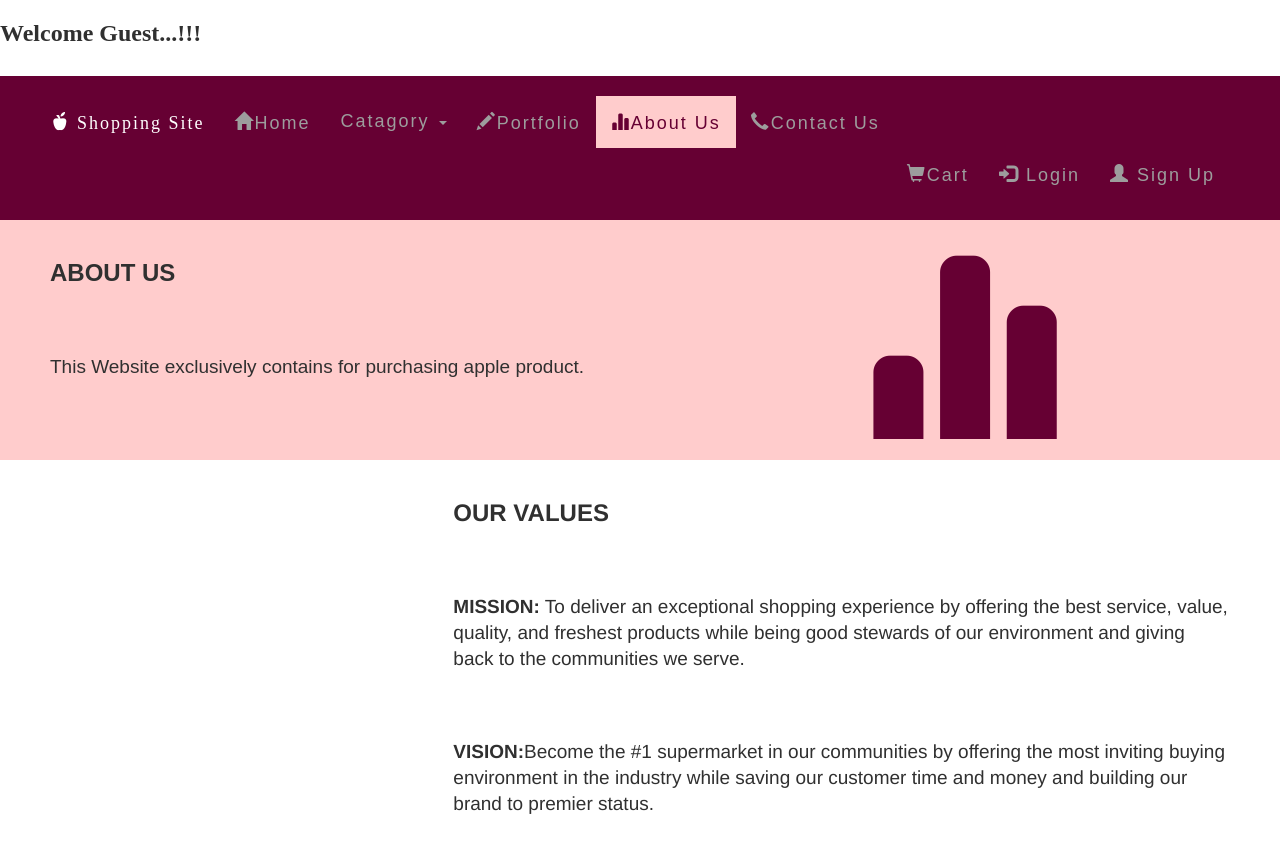
Repository: priyasuthakar/priya
Page: http://localhost/Apple/WEB-INF/views/about.jsp
The author's editor kept a copy of each file at every save. The page is drawn from the files as they stood at one save, then again after the next save.
The browser window is 1280 px wide. The pictures show the whole page.
The page is served by Tomcat 9. Nobody is signed in. Other server files are loaded and not shown. The template is opened directly, without the code that normally fills it, so the values that code supplies are empty.

Above is the page before, as saved 2016-08-22 07:30:48.

### Apple/src/main/webapp/WEB-INF/views/about.jsp
<%@ page language="java" contentType="text/html; charset=ISO-8859-1"
	pageEncoding="ISO-8859-1"%>
<%@ taglib uri="http://java.sun.com/jsp/jstl/core" prefix="c"%>
<%@ taglib uri="http://www.springframework.org/tags" prefix="spring"%>
<%@ taglib uri="http://www.springframework.org/tags/form" prefix="form"%>
<%@ page session="false"%>
<%@page isELIgnored="false"%>
<%@include file="Header.jsp"%>
<!DOCTYPE html>
<html lang="en">
<head>
<title>My Shopping</title>
<meta charset="utf-8">
<meta name="viewport" content="width=device-width, initial-scale=1">
<link rel="stylesheet"
	href="http://maxcdn.bootstrapcdn.com/bootstrap/3.3.6/css/bootstrap.min.css">
<!-- <link href="http://fonts.googleapis.com/css?family=Montserrat"
	rel="stylesheet" type="text/css">
<link href="http://fonts.googleapis.com/css?family=Lato"
	rel="stylesheet" type="text/css">
 -->
<script
	src="https://ajax.googleapis.com/ajax/libs/jquery/1.12.4/jquery.min.js"></script>
<script
	src="http://maxcdn.bootstrapcdn.com/bootstrap/3.3.6/js/bootstrap.min.js"></script>
<style>
body {
	font: 400 15px Helvetica, sans-serif;
	line-height: 1.8;
	color: #818181;
}

h1 {
	font-size: 24px;
	color: #303030;
	font-weight: 600;
	margin-bottom: 30px;
	font-size: 24px;
}

h2 {
	font-size: 24px;
	text-transform: uppercase;
	color: #303030;
	font-weight: 600;
	margin-bottom: 30px;
}

h4 {
	font-size: 19px;
	line-height: 1.375em;
	color: #303030;
	font-weight: 400;
	margin-bottom: 30px;
}

.bg-grey {
	background-color: #FFCCCC;
	color: black;
	font-family: Montserrat, sans-serif;
}

.logo {
	color: #660033;
	font-size: 200px;
}

.thumbnail {
	padding: 0 0 15px 0;
	border: none;
	border-radius: 0;
}

.thumbnail img {
	width: 100%;
	height: 100%;
	margin-bottom: 10px;
}

.carousel-control.right, .carousel-control.left {
	background-image: none;
	color: #660033;
}

.carousel-indicators li {
	border-color: #660033;
}

.carousel-indicators li.active {
	background-color: #660033;
}

.carousel-inner>.item>img, .carousel-inner>.item>a>img {
	width: 250%;
	margin: auto;
}

.tales {
	width: 200%;
}

.carousel-inner {
	max-height: 600px !important;
}

.item h4 {
	font-size: 19px;
	line-height: 1.375em;
	font-weight: 400;
	font-style: italic;
	margin: 70px 0;
}

.item span {
	font-style: normal;
}

.container-fluid {
	padding: 20px 50px;
}

.navbar {
	margin-bottom: 0;
	background-color: #660033;
	z-index: 9999;
	border: 0;
	font-size: 18px !important;
	line-height: 1.42857143 !important;
	letter-spacing: 2px;
	border-radius: 0;
	font-family: Montserrat, sans-serif;
}

.navbar .navbar-brand {
	color: #FFFFFF !important;
}

.navbar .li a {
	color: #FFF !important;
}

.navbar-nav li a:hover, .navbar-nav li.active a {
	color: #660033 !important;
	background-color: #FFCCCC !important;
}

.navbar-default .navbar-toggle {
	border-color: transparent;
	color: #FFCCCC !important;
}

footer .glyphicon {
	font-size: 24px;
	margin-bottom: 20px;
	color: #660033;
}

.slideanim {
	visibility: hidden;
}

.slide {
	animation-name: slide;
	-webkit-animation-name: slide;
	animation-duration: 1s;
	-webkit-animation-duration: 1s;
	visibility: visible;
}

@media screen and (max-width: 768px) {
	.col-sm-4 {
		text-align: center;
		margin: 25px 0;
	}
	.btn-lg {
		width: 100%;
		margin-bottom: 35px;
	}
}

@media screen and (max-width: 480px) {
	.logo {
		font-size: 150px;
	}
}
</style>

</head>

<body id="myPage" data-spy="scroll" data-target=".navbar"
	data-offset="60">
<!-- Container (About Section) -->
	<div id="about" class="container-fluid bg-grey ">
		<div class="row">
			<div class="col-sm-8">
				<h2>About Us</h2>
				<br>
				<h4>
					<p>This Website exclusively contains for purchasing apple
						product.</p>
				</h4>
			</div>
			<div class="col-sm-4">
				<span class="glyphicon glyphicon-stats logo"></span>
			</div>
		</div>
	</div>

	<div class="container-fluid ">
		<div class="row">
			<div class="col-sm-4">
				<span class="glyphicon glyphicon-globe logo slideanim"></span>
			</div>
			<div class="col-sm-8">
				<h2>Our Values</h2>
				<br>
				<h4>
					<strong>MISSION:</strong> To deliver an exceptional shopping
					experience by offering the best service, value, quality, and
					freshest products while being good stewards of our environment and
					giving back to the communities we serve.
				</h4>
				<br>
				<h4>
					<strong>VISION:</strong>Become the #1 supermarket in our
					communities by offering the most inviting buying environment in the
					industry while saving our customer time and money and building our
					brand to premier status.
				</h4>
			</div>
		</div>
	</div>

	</body>
	</html>

### Apple/src/main/webapp/WEB-INF/views/Header.jsp
<%@ page language="java" contentType="text/html; charset=ISO-8859-1"
	pageEncoding="ISO-8859-1"%>
<%@ taglib uri="http://java.sun.com/jsp/jstl/core" prefix="c"%>
<!DOCTYPE html PUBLIC "-//W3C//DTD HTML 4.01 Transitional//EN" "http://www.w3.org/TR/html4/loose.dtd">
<html>
<head>
<meta http-equiv="Content-Type" content="text/html; charset=ISO-8859-1">
</head>
<body>
	<c:choose>
		<c:when test="${empty username}">
			<font face="Harlow Solid Italic"><h1>Welcome Guest...!!!</h1></font>
		</c:when>
		<c:when test="${not empty username}">
			<font face="Harlow Solid Italic"><h1>${username}</h1></font>
		</c:when>
	</c:choose>

	<nav class="navbar navbar-inverse">

	<div class="container-fluid">
		<div class="navbar-header">
			<a class="navbar-brand"> <span class="glyphicon glyphicon-apple"></span>
				<font face="Script MT Bold"> Shopping Site </font>
			</a>
		</div>
		 <div class="collapse navbar-collapse" id="myNavbar">
		<ul class="nav navbar-nav">
			<li class="active"><a href="Home"><span
					class="glyphicon glyphicon-home"></span>Home</a></li>
			<li class="dropdown"><a class="dropdown-toggle"
				data-toggle="dropdown" href="#"> Catagory <span class="caret"></span></a>
				<ul class="dropdown-menu">
					<li><a href="product1">Desktop</a></li>
					<li><a href="product1">Laptop</a></li>
					<li><a href="product1">Iphone</a></li>
					<li><a href="product1">Ipad</a></li>
					<li><a href="product1">Ipod</a></li>
					<li><a href="product1">Accessories</a></li>
				</ul></li>
			<li><a href="#portfolio"><span
					class="glyphicon glyphicon-pencil"></span>Portfolio</a></li>
			<li><a href="#about"><span class="glyphicon glyphicon-stats"></span>About
					Us</a></li>
			<li><a href="#contactus"><span
					class="glyphicon glyphicon-earphone"></span>Contact Us</a></li>
		</ul>

		<ul class="nav navbar-nav navbar-right">
			<li><a href="cart"><span
					class="glyphicon glyphicon-shopping-cart"></span>Cart</a></li>
			<c:choose>
				<c:when test="${empty username}">
					<li><a href="login"><span
							class="glyphicon glyphicon-log-in"></span> Login</a></li>
					<li><a href="reg"><span class="glyphicon glyphicon-user"></span>
							Sign Up</a></li>
				</c:when>
				<c:when test="${not empty username}">
					<li><a href="logout"><span
							class="glyphicon glyphicon-user"></span> Logout</a></li>
				</c:when>
			</c:choose>
		</ul>
	</div>
	</div>
	</nav>

</body>
</html>

After the next save:
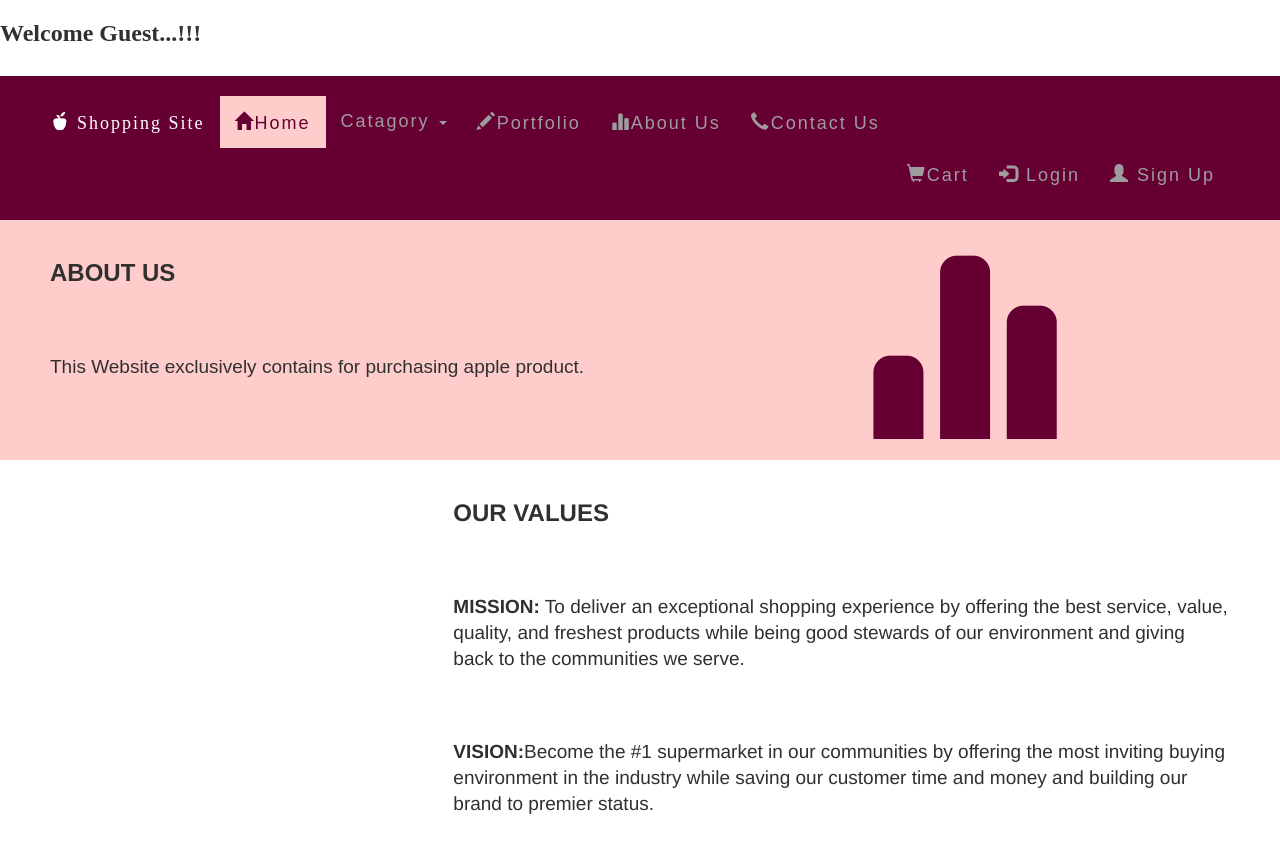
Saved 103 s later.
--- a/Apple/src/main/webapp/WEB-INF/views/Header.jsp
+++ b/Apple/src/main/webapp/WEB-INF/views/Header.jsp
@@ -38,11 +38,11 @@
 					<li><a href="product1">Ipod</a></li>
 					<li><a href="product1">Accessories</a></li>
 				</ul></li>
-			<li><a href="#portfolio"><span
+			<li><a href="portfolio"><span
 					class="glyphicon glyphicon-pencil"></span>Portfolio</a></li>
-			<li><a href="#about"><span class="glyphicon glyphicon-stats"></span>About
+			<li><a href="about"><span class="glyphicon glyphicon-stats"></span>About
 					Us</a></li>
-			<li><a href="#contactus"><span
+			<li><a href="contactus"><span
 					class="glyphicon glyphicon-earphone"></span>Contact Us</a></li>
 		</ul>
 
